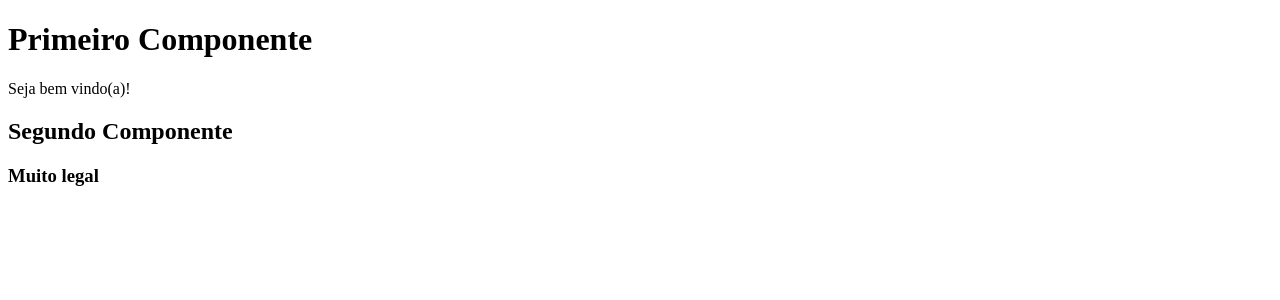
Repository: Rubenslourenco/exerciciosReactRedux
Page: / (app in fundamentos-react/)
The author's editor kept a copy of each file at every save. The page is drawn from the files as they stood at one save, then again after the next save.
The browser window is 1280 px wide. The pictures show the whole page.
The project was rebuilt for these pictures with package versions that can differ from the ones it lists, and the page was loaded fresh each time. Also part of the build but not shown: fundamentos-react/src/index.css.

Above is the page before, as saved 2025-01-28 14:43:58.

### fundamentos-react/src/index.js
import { StrictMode } from "react";
import { createRoot } from "react-dom/client";
import "./index.css";

import Primeiro from "./componentes/Primeiro";
import ComParametro from "./componentes/ComParametro";

createRoot(document.getElementById("root")).render(
  <StrictMode>
    <Primeiro></Primeiro>
    <ComParametro titulo="Segundo Componente" subtitulo="Muito legal" />
  </StrictMode>
);

### fundamentos-react/src/componentes/Primeiro.js
import React from "react";
export default function Primeiro() {
  const msg = "Seja bem vindo(a)!";
  return (
    <div>
      <h1>Primeiro Componente</h1>
      <p>{msg}</p>
    </div>
  );
}

### fundamentos-react/src/componentes/ComParametro.jsx
import React from "react";
export default function ComParametro(params) {
  return (
    <div id="app">
      <h2>{params.titulo}</h2>
      <h3>{params.subtitulo}</h3>
    </div>
  );
}

Loaded but not shown: fundamentos-react/public/index.html (common file)

After the next save:
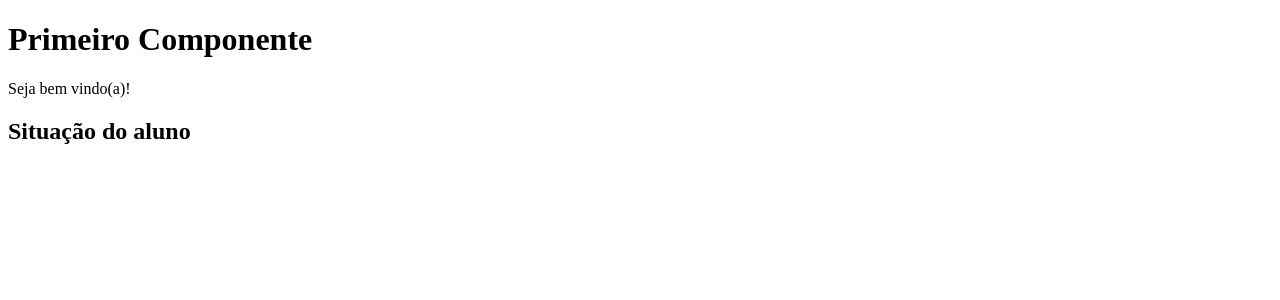
Saved 3 min 57 s later.
--- a/fundamentos-react/src/index.js
+++ b/fundamentos-react/src/index.js
@@ -8,6 +8,6 @@ import ComParametro from "./componentes/ComParametro";
 createRoot(document.getElementById("root")).render(
   <StrictMode>
     <Primeiro></Primeiro>
-    <ComParametro titulo="Segundo Componente" subtitulo="Muito legal" />
+    <ComParametro titulo="Situação do aluno " aluno="Pedro" nota={"9.9"} />
   </StrictMode>
 );
